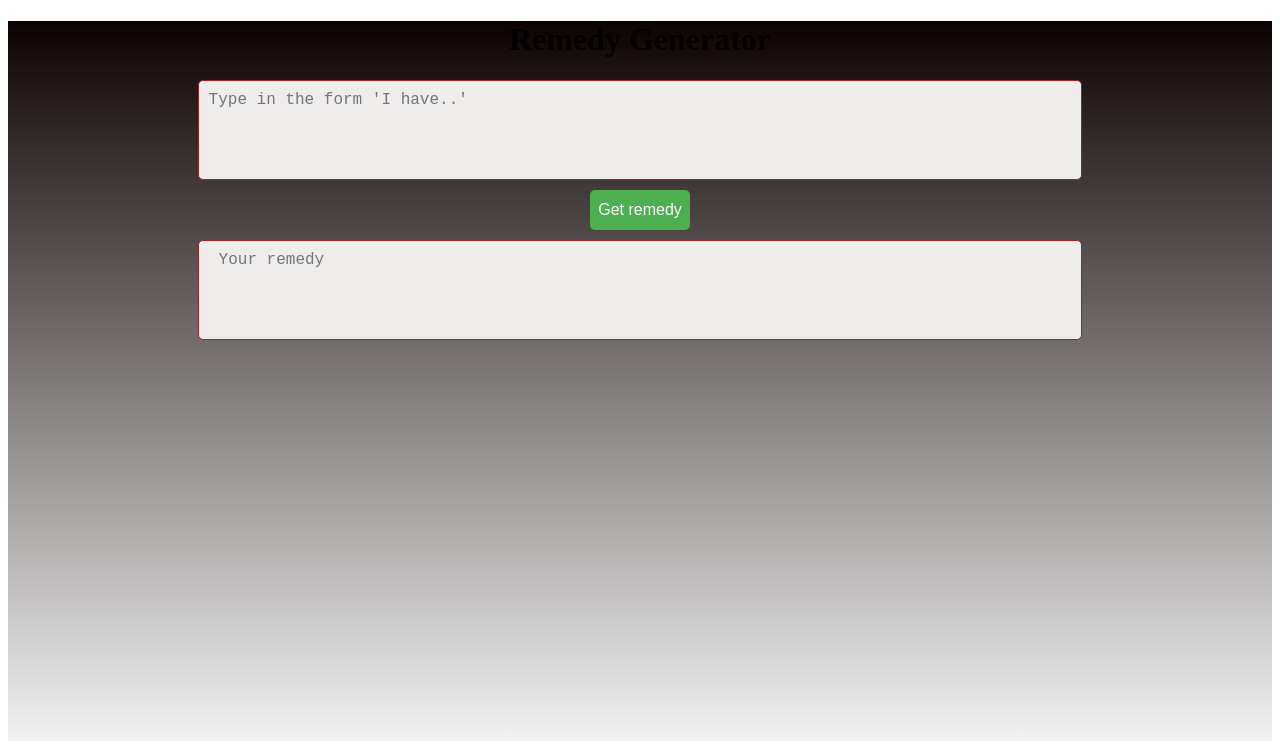
Repository: krutarthh/Ayurvedic-Remedy
Page: index.html
An editor plug-in stored every save of this project. The page is shown before and after the next save, followed by the edit.
The browser window is 1280 px wide. The pictures show the whole page.

Above is the page before, as saved 2024-04-06 17:37:01.

After the next save:
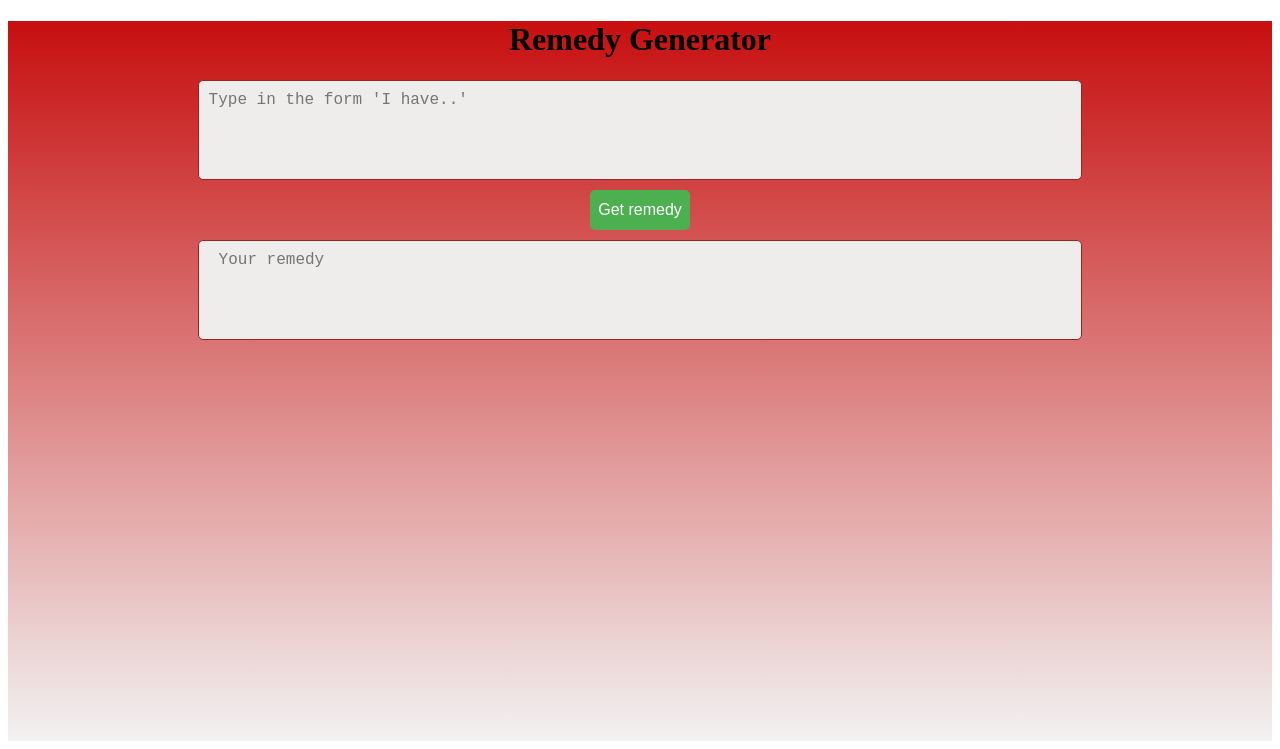
Saved 8 s later.
--- a/app.css
+++ b/app.css
@@ -7,7 +7,7 @@
     justify-content: center;
     height: 100vh;
     text-align: center;
-    background: linear-gradient(to bottom, #0d0202, #f2f2f2);
+    background: linear-gradient(to bottom, #c70f0f, #f2f2f2);
 }
 
 #user_input,
